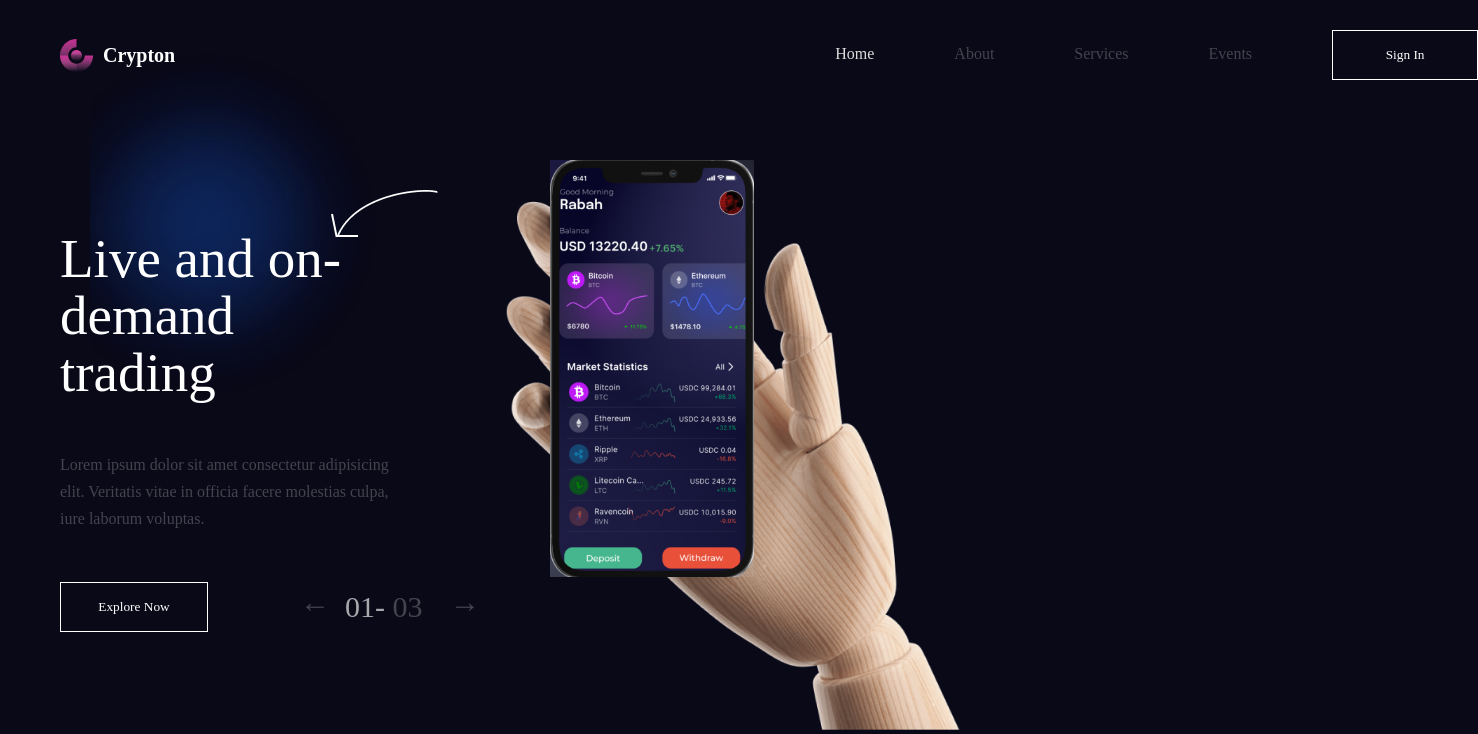
Repository: isaacCodes1/Crypton-Website
Page: index.html
The author's editor kept a copy of each file at every save. The page is drawn from the files as they stood at one save, then again after a run of saves.
The browser window is 1280 px wide. The page is 1478 px wide, so the pictures cover 1478 px, including what lies to the right of the window. The pictures show the whole page.

Above is the page before, as saved 2024-05-14 21:01:51.

### index.html
<!DOCTYPE html>
<html lang="en">
  <head>
    <meta charset="UTF-8" />
    <meta name="viewport" content="width=device-width, initial-scale=1.0" />
    <link rel="stylesheet" href="style.css" />
    <title>Crypton HomePage</title>
  </head>
  <body>
    <header>
      <nav>
        <div class="headerGen">
          <div class="logo">
            <img class="logoImage" src="/Assets/Group 605.png" alt="" />
            <p class="logoText">Crypton</p>
            <ul>
              <li>Home</li>
              <li style="color: #d6d5d54a">About</li>
              <li style="color: #d6d5d54a">Services</li>
              <li style="color: #d6d5d54a">Events</li>
              <button class="sign">Sign In</button>
            </ul>
          </div>
        </div>
      </nav>
    </header>
    <section>
      <div class="firstSectionGeneral">
        <div class="liveTexts">
          <h1 class="liveText"><span><img class="shadow" src="/Assets/shadow.png" alt=""></span><span><img class="arrow" src="/Assets/Arrow_03.png" alt=""></span>Live and on-demand trading</h1>
          <p class="lorem">
            Lorem ipsum dolor sit amet consectetur adipisicing elit. Veritatis
            vitae in officia facere molestias culpa, iure laborum voluptas.
          </p>
          <button class="explore">Explore Now</button>
          <span class="rArrow">&#8592;</span>
          <p class="innerP">01- <span class="theBrownNumber">03</span></p>
          <span class="lArrow">&#8594;</span>
        </div>
      </div>
    </section>
    <section>
      <div class="handDiv">
        <div class="woodenHand">
          <img class="wood" src="/Assets/rabat.png
          " alt="">
          <img class="hand" src="/Assets/Hand.png" alt="">
        </div>
      </div>
    </section>
  </body>
</html>

### style.css
    * {
    margin: 0;
    padding: 0;
    box-sizing: border-box;
    font-family: "poppins";
    }
body{
    background-color: rgb(9, 9, 24);
}
/* NavBar */
.logo {
    display: flex;
    align-items: center;
    gap: 10px;
    padding-top: 30px;
    margin-left: 60px;
    margin-bottom: 150px;
    cursor: pointer;
}
.logoText{
    font-size: 20px;
    color: #fff;
    margin-right: 650px;
    font-weight: 600;
}
.logo ul{
    display: flex;
    color: #dedcdc;
    list-style: none;
    gap: 80px;
    display: flex;
    align-items: center;
    cursor: pointer;
}
    .logo ul li {
        list-style: none;
        display: inline-block;
        /* padding: 8px 12px; */
        position: relative;
    }
    .logo ul li::after {
        content: "";
        width: 0%;
        height: 2px;
        background: #fff;
        display: block;
        margin: auto;
        transition: 0.5s;
    }
    .logo ul li:hover::after {
        width: 70%;
    }

.sign{
    width: 146px;
    height: 50px;
    border: 1px solid #fff;
    background: transparent;
    color: #fff;
    cursor: pointer;
}
/* Landing Page */
.liveTexts{
    /* display: flex; */
}
.liveText{
    display: flex;
    flex-direction: column;
    font-size: 55px;
    width: 340px;
    line-height: 57px;
    color: #fff;
    margin-left: 60px;
    font-weight: normal;
    margin-bottom: 50px;
}
.shadow{
    width: 25%;
    position: absolute;
    top: 20px;
    left: 90px;
    z-index: -1;
}
.lorem{
    color: #d6d5d54a;
    width: 27%;
    margin-left: 60px;
    line-height: 27px;
    margin-bottom: 50px;
}
.explore{
    margin-left: 60px;
    width: 148px;
    height: 50px;
    background: transparent;
    color: #fff;
    border: 1px solid #fff;
}
.arrow{
    position: absolute;
    top: 120px;
    left: 290px;
}
.rArrow{
    position: absolute;
    font-size: 30px;
    top: 585px;
    left: 300px;
    margin-right: 200px;
    color: #d6d5d54a;
    display: flex;
    align-items: center;
}
.lArrow{
    position: absolute;
    font-size: 30px;
    top: 585px;
    left: 450px;
    color: #d6d5d54a;
    display: flex;
    align-items: center;
}
.innerP{
    position: absolute;
    left: 345px;
    top: 590px;
    color: #ffffffa4;
    font-size: 30px;
}
.theBrownNumber{
    color: #d6d5d54a;
}
/* Wooden Hand Image */
.handDiv{
    display: flex;
    position: absolute;
    top: 190px;
    right: 320px;
}
.hand{
    height: 75vh;
}
.wood{
    position: absolute;
    right: 206px;
    top: -30px;
    width: 45%;
}

After the next 2 saves:
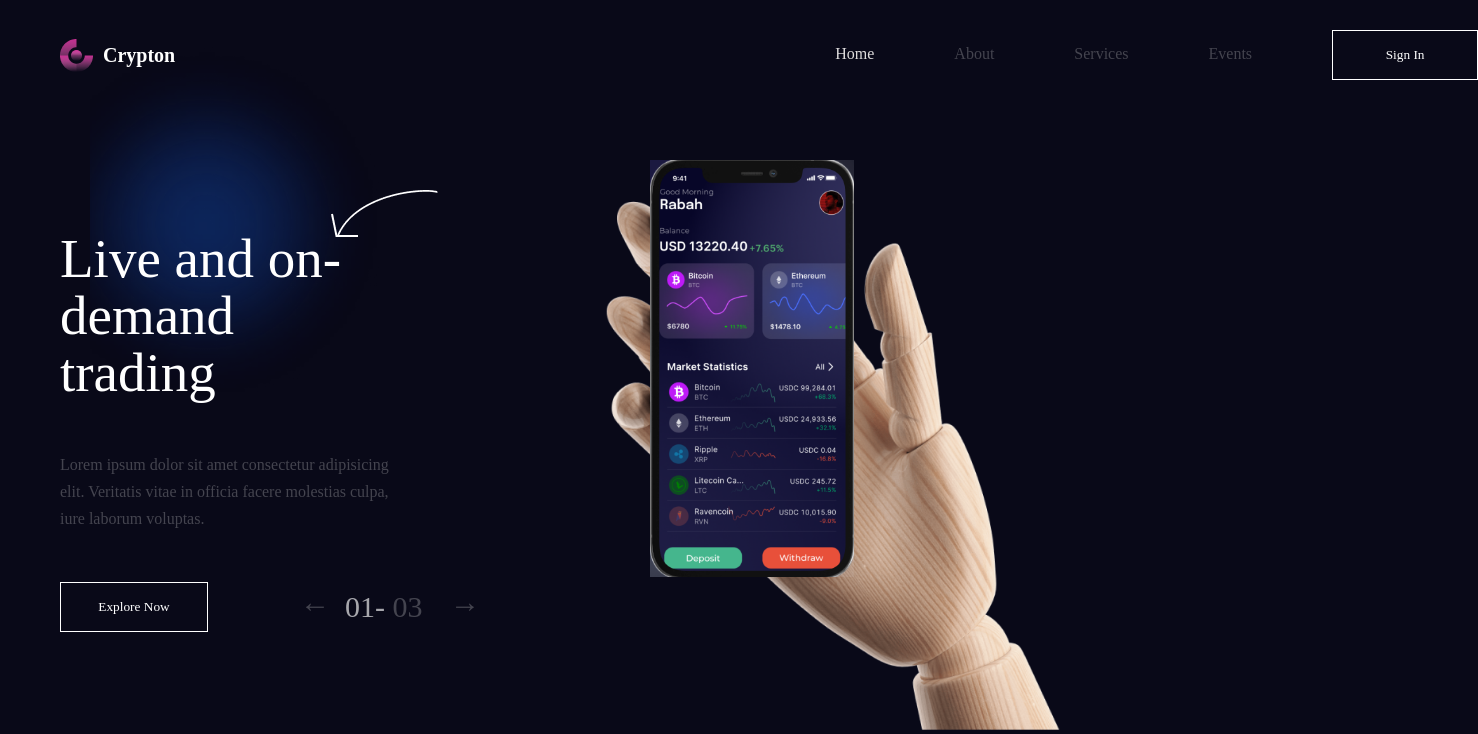
The 2 saves are shown as one change because they came seconds apart.
The last was saved 15 s later.
--- a/style.css
+++ b/style.css
@@ -135,7 +135,7 @@ body{
     display: flex;
     position: absolute;
     top: 190px;
-    right: 320px;
+    right: 220px;
 }
 .hand{
     height: 75vh;
